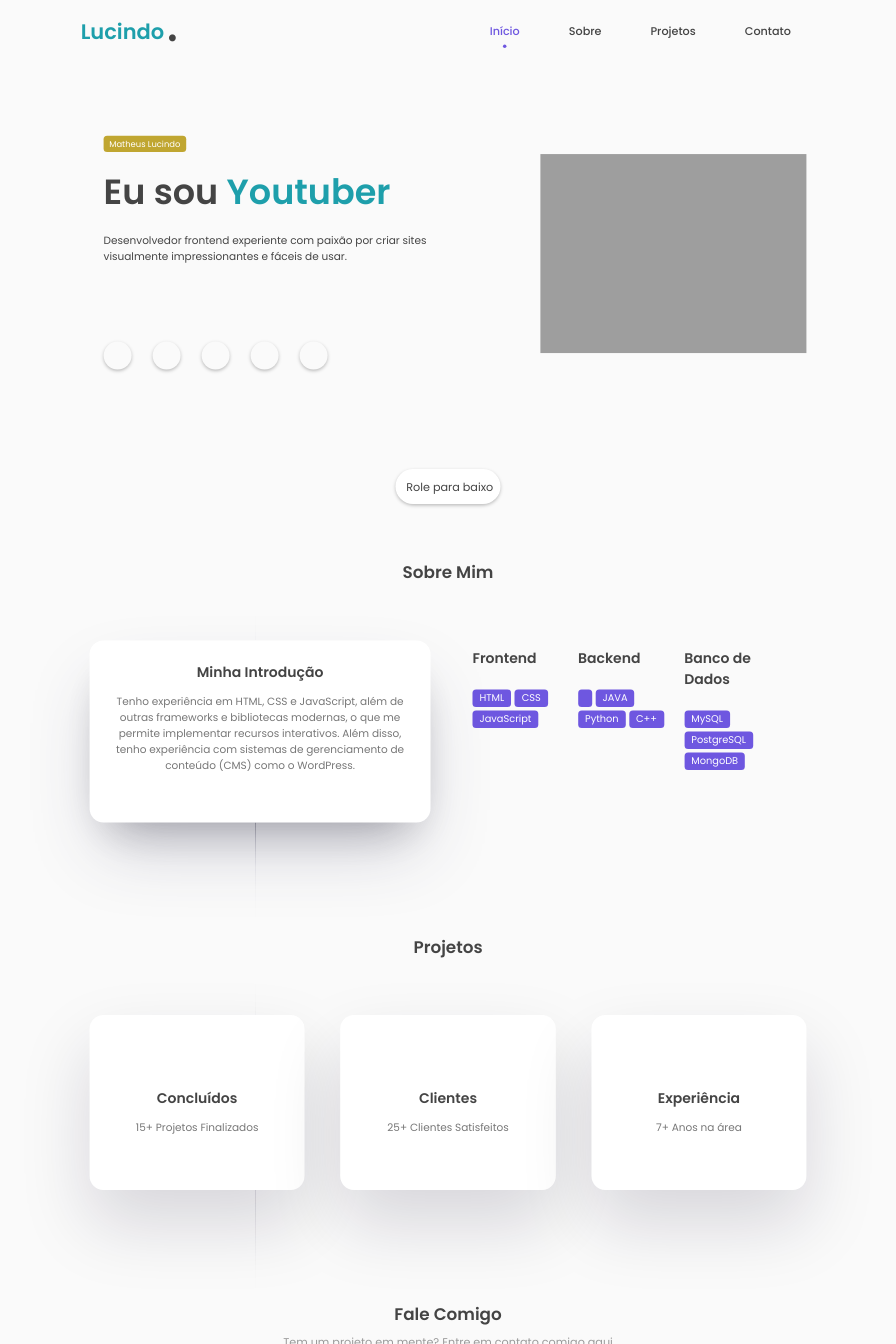
Repository: Matheus904-12/PrePortf
Page: index.html
An editor plug-in stored every save of this project. The page is shown before and after the next save, followed by the edit.
The browser window is 1280 px wide. The pictures show the part of the page from y = 0 to 1920 px (the page is 2790 px tall), at 70% of full size.
Pictures or frames that could not be fetched are drawn as grey boxes. Some icons come from a web library that is not loaded, so they are not drawn.

Above is the page before, as saved 2023-09-29 10:53:38.

### index.html
<!DOCTYPE html>
<html lang="pt-br">

<head>
    <meta charset="UTF-8">
    <meta name="viewport" content="width=device-width, initial-scale=1.0">

    <!-- UNICONS -->
    <link rel="stylesheet" href="https://unicons.iconscout.com/release/v4.0.8/css/line.css">
    <!-- CSS -->
    <link rel="stylesheet" href="style.css">
    <!-- Adicionar favicon -->
    <link rel="shortcut icon" href="assets/images/favicon.png" type="image/x-icon">

    <title>Portfólio | Codingdev</title>
</head>

<body>
    <div class="container">
        <!-- --------------- CABEÇALHO --------------- -->
        <nav id="header">
            <div class="nav-logo">
                <p class="nav-name">Lucindo</p>
                <span>.</span>
            </div>
            <div class="nav-menu" id="myNavMenu">
                <ul class="nav_menu_list">
                    <li class="nav_list">
                        <a href="#home" class="nav-link active-link">Início</a>
                        <div class="circle"></div>
                    </li>
                    <li class="nav_list">
                        <a href="#about" class="nav-link">Sobre</a>
                        <div class="circle"></div>
                    </li>
                    <li class="nav_list">
                        <a href="#projects" class="nav-link">Projetos</a>
                        <div class="circle"></div>
                    </li>
                    <li class="nav_list">
                        <a href="#contact" class="nav-link">Contato</a>
                        <div class="circle"></div>
                    </li>
                </ul>
            </div>
            <div class="nav-menu-btn">
                <i class="uil uil-bars" onclick="myMenuFunction()"></i>
            </div>
        </nav>


        <!-- -------------- PRINCIPAL ---------------- -->
        <main class="wrapper">
            <!-- -------------- DESTAQUE ---------------- -->
            <section class="featured-box" id="home">
                <div class="featured-text">
                    <div class="featured-text-card">
                        <span>Matheus Lucindo</span>
                    </div>
                    <div class="featured-name">
                        <p>Eu sou <span class="typedText"></span></p>
                    </div>
                    <div class="featured-text-info">
                        <p>Desenvolvedor frontend experiente com paixão por criar sites visualmente
                            impressionantes e fáceis de usar.
                        </p>
                    </div>

                    <div class="social_icons">
                        <div class="icon"><i class="uil uil-instagram"></i></div>
                        <div class="icon"><i class="uil uil-linkedin-alt"></i></div>
                        <div class="icon"><i class="uil uil-twitter"></i></div>
                        <div class="icon"><i class="uil uil-github-alt"></i></div>
                        <div class="icon"><i class="uil uil-figma"></i></div> <!-- Adicionado ícone do Figma -->
                    </div>
                </div>
                <div class="featured-image">
                    <div class="image">
                        <img src="./perfil.png" alt="avatar">
                    </div>
                </div>
                <div class="scroll-icon-box">
                    <a href="#about" class="scroll-btn">
                        <i class="uil uil-mouse-alt"></i>
                        <p>Role para baixo</p>
                    </a>
                </div>

            </section>
            <!-- -------------- SOBRE ---------------- -->
            <section class="section" id="about">
                <div class="top-header">
                    <h1>Sobre Mim</h1>
                </div>
                <div class="row">
                    <div class="col">
                        <div class="about-info">
                            <h3>Minha Introdução</h3>
                            <p>Tenho experiência em HTML, CSS e JavaScript, além de outras frameworks e bibliotecas
                                modernas, o que me permite implementar recursos interativos. Além disso, tenho
                                experiência com sistemas de gerenciamento de conteúdo (CMS) como o WordPress.
                            </p>
                        </div>
                    </div>
                    <div class="col">
                        <div class="skills-box">
                            <div class="skills-header">
                                <h3>Frontend</h3>
                            </div>
                            <div class="skills-list">
                                <span>HTML</span>
                                <span>CSS</span>
                                <span>JavaScript</span>
                            </div>
                        </div>



                        <div class="skills-box">
                            <div class="skills-header">
                                <h3>Backend</h3>
                            </div>
                            <div class="skills-list">
                                <span></span>
                                <span>JAVA</span>
                                <span>Python</span>
                                <span>C++</span>
                            </div>
                        </div>
                        <div class="skills-box">
                            <div class="skills-header">
                                <h3>Banco de Dados</h3>
                            </div>
                            <div class="skills-list">
                                <span>MySQL</span>
                                <span>PostgreSQL</span>
                                <span>MongoDB</span>
                            </div>
                        </div>
                    </div>
                </div>
            </section>

            <!-- -------------- PROJETOS ---------------- -->

            <section class="section" id="projects">
                <div class="top-header">
                    <h1>Projetos</h1>
                </div>
                <div class="project-container">
                    <div class="project-box">
                        <i class="uil uil-briefcase-alt"></i>
                        <h3>Concluídos</h3>
                        <label>15+ Projetos Finalizados</label>
                    </div>
                    <div class="project-box">
                        <i class="uil uil-users-alt"></i>
                        <h3>Clientes</h3>
                        <label>25+ Clientes Satisfeitos</label>
                    </div>
                    <div class="project-box">
                        <i class="uil uil-award"></i>
                        <h3>Experiência</h3>
                        <label>7+ Anos na área</label>
                    </div>
                </div>
            </section>

            <!-- -------------- CONTATO ---------------- -->

            <section class="section" id="contact">
                <div class="top-header">
                    <h1>Fale Comigo</h1>
                    <span>Tem um projeto em mente? Entre em contato comigo aqui</span>
                </div>
                <div class="row">
                    <div class="col">
                        <div class="contact-info">
                            <h2>Me Encontre <i class="uil uil-corner-right-down"></i></h2>
                            <p><i class="uil uil-envelope"></i> Email: joao@doe.com</p>
                            <p><i class="uil uil-phone"></i> +55 11 91234-5678</p>
                        </div>
                    </div>
                    <div class="col">
                        <div class="form-control">
                            <div class="form-inputs">
                                <input type="text" class="input-field" placeholder="Nome">
                                <input type="text" class="input-field" placeholder="Email">
                            </div>
                            <div class="text-area">
                                <textarea placeholder="Mensagem"></textarea>
                            </div>
                            <div class="form-button">
                                <button class="btn">Enviar <i class="uil uil-message"></i></button>
                            </div>
                        </div>
                    </div>
                </div>
            </section>

        </main>


        <!-- --------------- RODAPÉ --------------- -->
        <footer>
            <div class="top-footer">
                <p>João Doe .</p>
            </div>
            <div class="middle-footer">
                <ul class="footer-menu">
                    <li class="footer_menu_list">
                        <a href="#home">Início</a>
                    </li>
                    <li class="footer_menu_list">
                        <a href="#about">Sobre</a>
                    </li>
                    <li class="footer_menu_list">
                        <a href="#projects">Projetos</a>
                    </li>
                    <li class="footer_menu_list">
                        <a href="#contact">Contato</a>
                    </li>
                </ul>
            </div>
            <div class="footer-social-icons">
                <div class="icon"><i class="uil uil-instagram"></i></div>
                <div class="icon"><i class="uil uil-linkedin-alt"></i></div>
                <div class="icon"><i class="uil uil-twitter"></i></div>
                <div class="icon"><i class="uil uil-github-alt"></i></div>
                <div class="icon"><i class="uil uil-figma"></i></div> <!-- Adicionado ícone do Figma -->
            </div>
            <div class="bottom-footer">
                <p>Direitos Autorais &copy; <a href="#home" style="text-decoration: none;">João Doe</a> - Todos os direitos
                    reservados
                </p>
            </div>
        </footer>

    </div>

    <!-- ----- TYPING JS Link ----- -->
    <script src="https://unpkg.com/typed.js@2.0.16/dist/typed.umd.js"></script>

    <!-- ----- SCROLL REVEAL JS Link----- -->
    <script src="https://unpkg.com/scrollreveal"></script>

    <!-- ----- MAIN JS ----- -->
    <script src="./script.js"></script>
</body>

</html>

### style.css
/* ----- POPPINS FONT Link ----- */
@import url('https://fonts.googleapis.com/css2?family=Poppins:wght@400;500;600;700&display=swap');

/* ----- VARIABLES ----- */
:root{
    --body-color: rgb(250, 250, 250);
    --color-white: rgb(255, 255, 255);

    --text-color-second: rgb(68, 68, 68);
    --text-color-third: rgb(30, 159, 171);

    --first-color: rgb(110, 87, 224);
    --first-color-hover: rgb(40, 91, 212);

    --second-color: rgb(110, 87, 224);
    --third-color: rgb(192, 166, 49);
    --first-shadow-color: rgba(0, 0, 0, 0.1);

}

/* ----- BASE ----- */
*{
    margin: 0;
    padding: 0;
    box-sizing: border-box;
    font-family: 'Poppins', sans-serif;
}

/* ----- SMOOTH SCROLL ----- */
html{
    scroll-behavior: smooth;
}

/* ----- CHANGE THE SCROLL BAR DESIGN ----- */
::-webkit-scrollbar{
    width: 10px;
    border-radius: 25px;
}
::-webkit-scrollbar-track{
    background: #f1f1f1;
}
::-webkit-scrollbar-thumb{
    background: #ccc;
    border-radius: 30px;
}
::-webkit-scrollbar-thumb:hover{
    background: #bbb;
}


/* ---##-- REUSABLE CSS --##--- */

/* ----- GLOBAL BUTTON DESIGN ----- */
.btn{
    font-weight: 500;
    padding: 12px 20px;
    background: #efefef;
    border: none;
    border-radius: 10px;
    cursor: pointer;
    transition: .4s;
}
.btn>i{
    margin-left: 10px;
}
.btn:hover{
    background: var(--second-color);
    color: var(--color-white);
}

/* ----- GLOBAL ICONS DESIGN ----- */
i{
    font-size: 16px;
}

/* ------- BASE -------- */
body{
    background: var(--body-color);
}
.container{
    width: 100%;
    position: relative;
    overflow-x: hidden; /* not mandatory */
}

/* ----- NAVIGATION BAR ----- */
nav{
    position: fixed;
    display: flex;
    justify-content: space-between;
    width: 100%;
    height: 90px;
    line-height: 90px;
    background: var(--body-color);
    padding-inline: 9vw;
    transition: .3s;
    z-index: 100;
}
.nav-logo{
   position: relative;
}
.nav-name{
    font-size: 30px;
    font-weight: 600;
    color: var(--text-color-third);
}
.nav-logo span{
    position: absolute;
    top: -15px;
    right: -20px;
    font-size: 5em;
    color: var(--text-color-second);
}
.nav-menu, .nav_menu_list{
    display: flex;
}
.nav-menu .nav_list{
    list-style: none;
    position: relative;
}
.nav-link{
    text-decoration: none;
    color: var(--text-color-second);
    font-weight: 500;
    padding-inline: 15px;
    margin-inline: 20px;
}
.nav-menu-btn{
    display: none;
}
.nav-menu-btn i{
    font-size: 28px;
    cursor: pointer;
}
.active-link{
    position: relative;
    color: var(--first-color);
    transition: .3;
}
.active-link::after{
    content: '';
    position: absolute;
    left: 50%;
    bottom: -15px;
    transform: translate(-50%, -50%);
    width: 5px;
    height: 5px;
    background: var(--first-color);
    border-radius: 50%;
}


/* ----- WRAPPER DESIGN ----- */
.wrapper{
    padding-inline: 10vw;
}

/* ----- FEATURED BOX ----- */
.featured-box{
    position: relative;
    display: flex;
    height: 100vh;
    min-height: 700px;
}

/* ----- FEATURED TEXT BOX ----- */
.featured-text{
    position: relative;
    display: flex;
    justify-content: center;
    align-content: center;
    min-height: 80vh;
    flex-direction: column;
    width: 50%;
    padding-left: 20px;
}
.featured-text-card span{
    background: var(--third-color);
    color: var(--color-white);
    padding: 3px 8px;
    font-size: 12px;
    border-radius: 5px;
}
.featured-name{
    font-size: 50px;
    font-weight: 600;
    color: var(--text-color-second);
    margin-block: 20px;
}
.typedText{
    text-transform: capitalize;
    color: var(--text-color-third);
}
.featured-text-info{
    font-size: 15px;
    margin-bottom: 30px;
    color: var(--text-color-second);
}
.featured-text-btn{
    display: flex;
    gap: 20px;
}
.featured-text-btn>.blue-btn{
    background: var(--first-color);
    color: var(--color-white);
}
.featured-text-btn>.blue-btn:hover{
    background: var(--first-color-hover);
}
.social_icons{
    display: flex;
    margin-top: 5em;
    gap: 30px;
}
.icon{
    display: flex;
    justify-content: center;
    align-items: center;
    width: 40px;
    height: 40px;
    border-radius: 50%;
    box-shadow: 0px 2px 5px 0px rgba(0, 0, 0, 0.25);
    cursor: pointer;
}
.icon:hover{
    color: var(--first-color);
}

/* ----- FEATURED IMAGE BOX ----- */
.featured-image{
    display: flex;
    justify-content: right;
    align-content: center;
    min-height: 80vh;
    width: 50%;
}
.image{
    margin: auto 0;
    width: 380px;
    height: 380px;
    animation: imgFloat 7s ease-in-out infinite;
}
.image img{
    width: 380px;
    height: 380px;
    object-fit: contain;
}
@keyframes imgFloat {
    50%{
        transform: translateY(10px);
    }
}
.scroll-btn{
   position: absolute;
   bottom: 0;
   left: 50%;
   translate: -50%;
   display: flex;
   justify-content: center;
   align-items: center;
   width: 150px;
   height: 50px;
   gap: 5px;
   text-decoration: none;
   color: var(--text-color-second);
   background: var(--color-white);
   border-radius: 30px;
   box-shadow: 0 2px 5px 0 rgba(0, 0, 0, 0.25);
}
.scroll-btn i{
    font-size: 20px;
}

/* ----- MAIN BOX ----- */
.section{
    padding-block: 5em;
}
.row{
    display: flex;
    justify-content: space-between;
    width: 100%;
    gap: 50px;
}
.col{
    display: flex;
    width: 50%;
}

/* -- ## --- RESUABLE CSS -- ## -- */
.top-header{
    text-align: center;
    margin-bottom: 5em;
}
.top-header h1{
    font-weight: 600;
    color: var(--text-color-second);
    margin-bottom: 10px;
}
.top-header span{
    color: #999;
}
h3{
    font-size: 20px;
    font-weight: 600;
    color: var(--text-color-second);
    margin-bottom: 15px;
}

/* ----- ABOUT INFO ----- */
.about-info{
    position: relative;
    display: flex;
    align-items: center;
    flex-direction: column;
    padding-block: 30px 70px;
    padding-inline: 20px;
    width: 100%;
    background: var(--color-white);
    box-shadow: rgba(50, 50, 93, 0.25) 0px 50px 100px -20px, rgba(0, 0, 0, 0.3) 0px 30px 60px -30px;
    border-radius: 20px;
}
.about-info p{
    text-align: center;
    font-size: 15px;
    color: #777;
}
.about-btn button{
    position: absolute;
    right: 20px;
    bottom: 20px;
    background: var(--first-color);
    color: var(--color-white);
    border-radius: 30px;
}
.about-btn button:hover{
    background: var(--first-color-hover);
}

/* ----- ABOUT / SKILLS BOX ----- */
.skills-box{
    margin: 10px;
}
.skills-header{
    margin-bottom: 30px;
}
.skills-list{
    display: flex;
    flex-wrap: wrap;
    gap: 5px;
}
.skills-list span{
    font-size: 14px;
    background: var(--first-color);
    color: var(--color-white);
    padding: 2px 10px;
    border-radius: 5px;
}

/* ----- PROJECTS BOX ----- */
.project-container{
    display: flex;
    width: 100%;
    justify-content: space-between;
    gap: 20px;
    flex-wrap: wrap;
}
.project-box{
    position: relative;
    display: flex;
    justify-content: center;
    align-items: center;
    flex-direction: column;
    width: 30%;
    height: 250px;
    background: var(--color-white);
    border-radius: 20px;
    box-shadow: rgba(17, 12, 46, 0.15) 0px 48px 100px 0px;
    overflow: hidden;
}
.project-box>i{
    font-size: 50px;
    color: #00B5E7;
    margin-bottom: 25px;
}
.project-box label{
    font-size: 15px;
    color: #777;
}
.project-box::after, .contact-info::after{
    content: "";
    position: absolute;
    bottom: -100%;
    background: var(--second-color);
    width: 100%;
    height: 100%;
    transition: .4s;
    z-index: 1;
}
.project-box:hover.project-box::after,
.contact-info:hover.contact-info::after{
    bottom: 0;
}
.project-box:hover.project-box i,
.project-box:hover.project-box>h3,
.project-box:hover.project-box>label{
    color: var(--color-white);
    z-index: 2;
}

/* ----- CONTACT BOX ----- */
.contact-info{
    position: relative;
    display: flex;
    flex-direction: column;
    justify-content: center;
    align-items: center;
    padding: 20px 30px;
    width: 100%;
    height: 315px;
    background: var(--second-color);
    border-radius: 10px;
    box-shadow: 1px 8px 10px 2px var(--first-shadow-color);
    overflow: hidden;
}
.contact-info>h2{
    color: var(--color-white);
    margin-bottom: 20px;
}
.contact-info>p{
    display: flex;
    align-items: center;
    gap: 10px;
    color: var(--color-white);
    margin-block: 5px;
}
.contact-info p>i{
    font-size: 18px;
}
.contact-info::after{
    background: var(--color-white);
}
.contact-info:hover.contact-info h2,
.contact-info:hover.contact-info p,
.contact-info:hover.contact-info i{
    color: #777;
    z-index: 2;
}

/* ----- CONTACT FORM ----- */
.form-control{
    display: flex;
    flex-direction: column;
    gap: 10px;
    width: 100%;
}
.form-inputs{
    display: flex;
    gap: 10px;
    width: 100%;
}
.input-field{
    width: 50%;
    height: 55px;
    background: transparent;
    border: 2px solid #AAA;
    border-radius: 10px;
    padding-inline: 20px;
    outline: none;
}
textarea{
    width: 100%;
    height: 250px;
    background: transparent;
    border: 2px solid #AAA;
    border-radius: 10px;
    padding: 15px 20px;
    outline: none;
    resize: none;
}
.form-button>.btn{
    display: flex;
    align-items: center;
    justify-content: center;
    background: var(--second-color);
    color: var(--color-white);
}
.form-button>.btn:hover{
    background: #00B5E7;
}
.form-button i{
    font-size: 18px;
    rotate: -45deg;
}

/* ----- FOOTER BOX ----- */
footer{
    display: flex;
    justify-content: center;
    align-items: center;
    flex-direction: column;
    row-gap: 30px;
    background: #F8F8F8;
    padding-block: 40px 60px;
}
.top-footer p{
    font-size: 25px;
    font-weight: 600;
}
.middle-footer .footer-menu{
    display: flex;
}
.footer_menu_list{
    list-style: none;
}
.footer_menu_list a{
    text-decoration: none;
    color: var(--text-color-second);
    font-weight: 500;
    margin-inline: 20px;
}
.footer-social-icons{
    display: flex;
    gap: 30px;
}
.bottom-footer{
    font-size: 14px;
    margin-top: 10px;
}


/* ----- MEDIA QUERY == 1024px / RESPONSIVE ----- */
@media only screen and (max-width: 1024px){
    .featured-text{
        padding: 0;
    }
    .image, .image img{
        width: 320px;
        height: 320px;
    }
}

/* ----- MEDIA QUERY == 900px / RESPONSIVE ----- */
@media only screen and (max-width: 900px) {
    .nav-button{
        display: none;
    }
    .nav-menu.responsive{
        left: 0;
    }
    .nav-menu{
        position: fixed;
        top: 80px;
        left: -100%;
        flex-direction: column;
        justify-content: center;
        align-items: center;
        background: rgba(255, 255, 255, 0.7);
        backdrop-filter: blur(20px);
        width: 100%;
        min-height: 450px;
        height: 90vh;
        transition: .3s;
    }
    .nav_menu_list{
        flex-direction: column;
    }
    .nav-menu-btn{
        display: flex;
        align-items: center;
        justify-content: center;
    }
    .featured-box{
        flex-direction: column;
        justify-content: center;
        height: 100vh;
    }
    .featured-text{
        width: 100%;
        order: 2;
        justify-content: center;
        align-content: flex-start;
        min-height: 60vh;
    }
    .social_icons{
        margin-top: 2em;
    }
    .featured-image{
        order: 1;
        justify-content: center;
        min-height: 150px;
        width: 100%;
        margin-top: 65px;
    }
    .image, .image img{
        width: 150px;
        height: 150px;
    }
    .row{
        display: flex;
        flex-direction: column;
        justify-content: center;
        gap: 50px;
    }
    .col{
        display: flex;
        justify-content: center;
        width: 100%;
    }
    .about-info, .contact-info{
        width: 100%;
    }
    .project-container{
        justify-content: center;
    }
    .project-box{
        width: 80%;
    }

}

/* ----- MEDIA QUERY == 540px / RESPONSIVE ----- */

@media only screen and (max-width: 540px){
    .featured-name{
        font-size: 40px;
    }
    .project-box{
        width: 100%;
    }
    .form-inputs{
        flex-direction: column;
    }
    .input-field{
        width: 100%;
    }
}

Loaded but not shown: script.js (117 lines, source omitted)

After the next save:
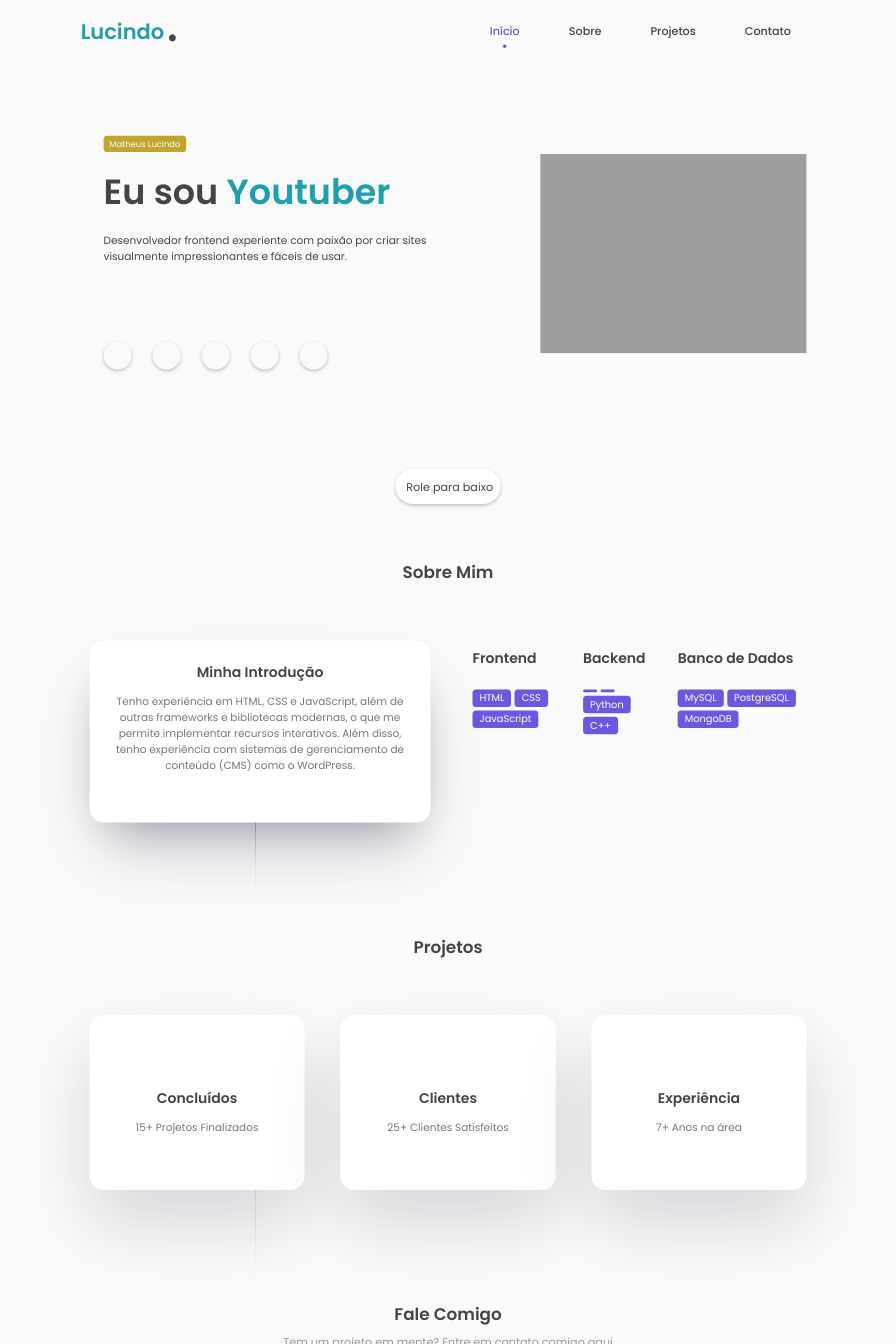
Saved 4 s later.
--- a/index.html
+++ b/index.html
@@ -122,7 +122,7 @@
                             </div>
                             <div class="skills-list">
                                 <span></span>
-                                <span>JAVA</span>
+                                <span></span>
                                 <span>Python</span>
                                 <span>C++</span>
                             </div>
